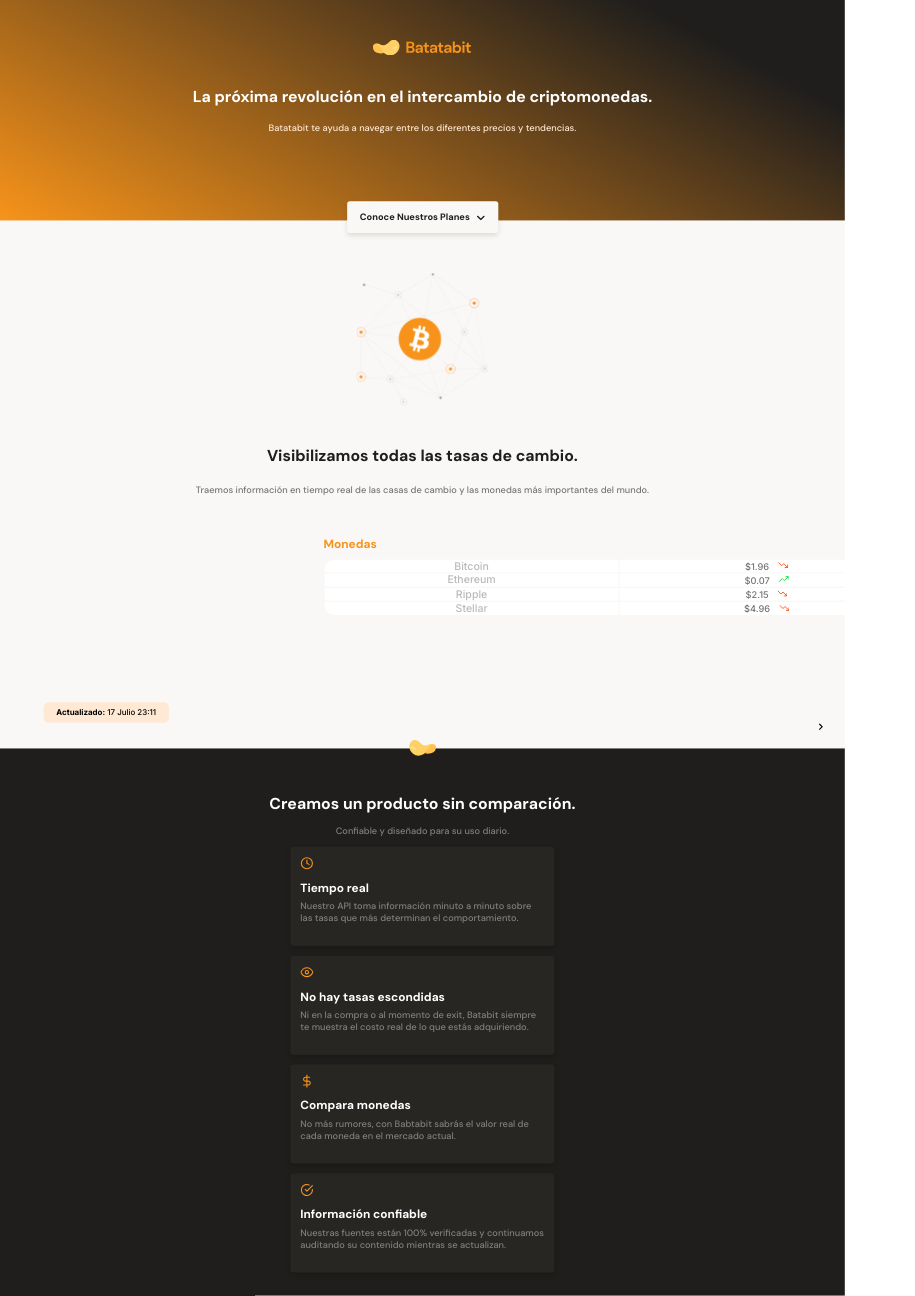
Repository: Pandrea-hub/Batatabit
Page: index.html
The author's editor kept a copy of each file at every save. The page is drawn from the files as they stood at one save, then again after a run of saves.
The browser window is 1280 px wide. The page is 1386 px wide, so the pictures cover 1386 px, including what lies to the right of the window. The pictures show the whole page, at 66% of full size.

Above is the page before, as saved 2022-04-19 08:54:40.

After the next 2 saves:
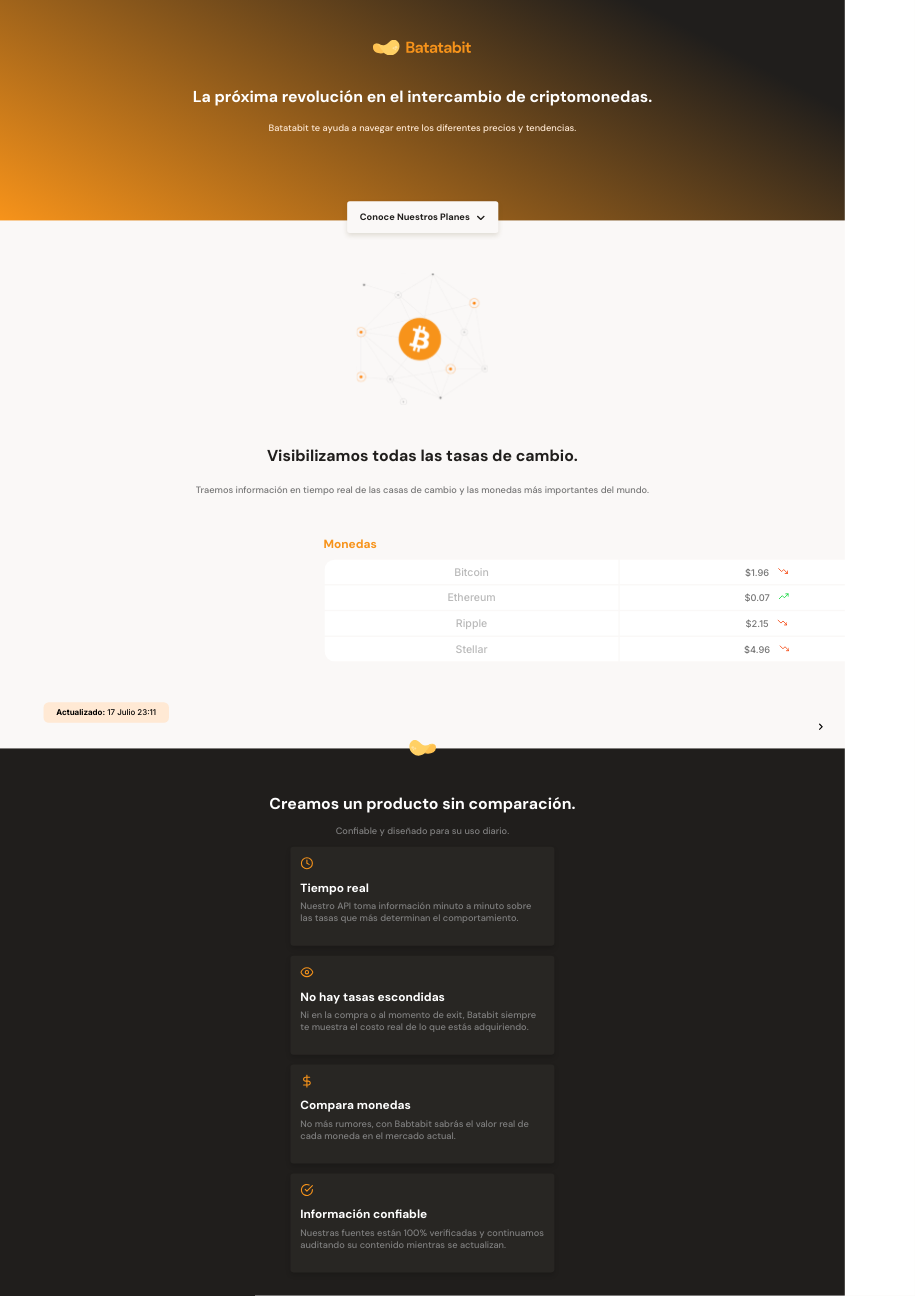
The 2 saves are shown as one change because they came seconds apart.
The last was saved 8 s later.
--- a/style.css
+++ b/style.css
@@ -215,7 +215,7 @@
 
 .currency-table--container table{
     width: 70%;
-    height: 90px;
+    height: 160px;
     margin: 30px auto;
     position: absolute;
 }
